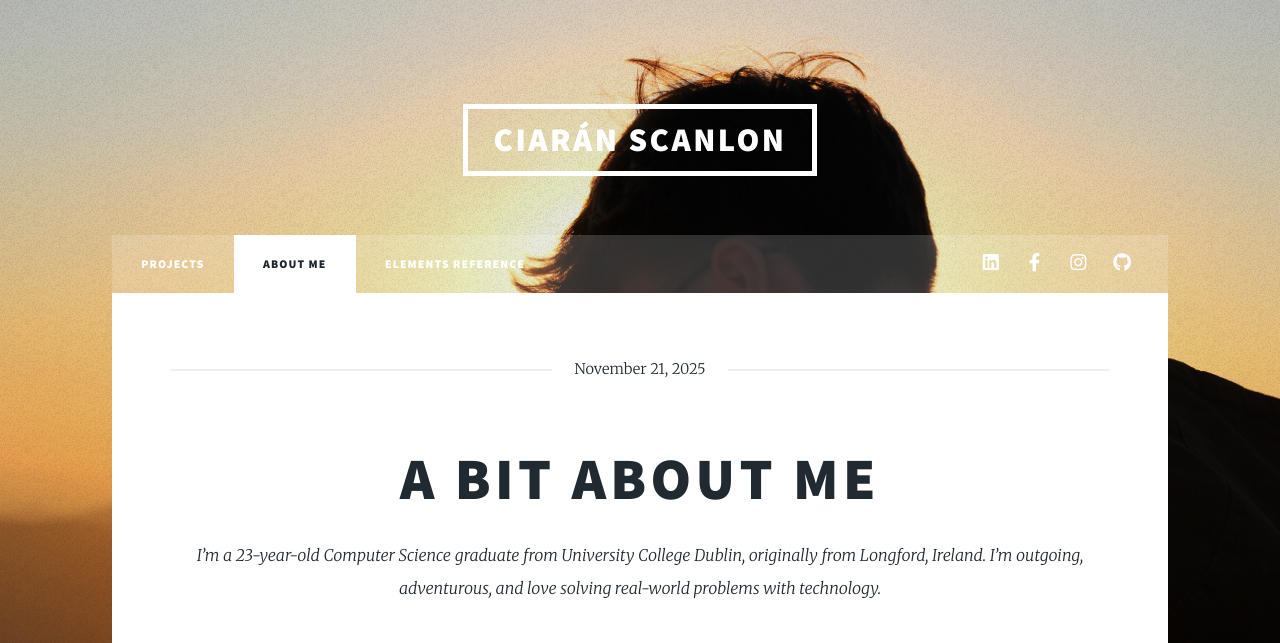
Repository: ciaranscan6/PersonalWebsite
Page: about-me.html
An editor plug-in stored every save of this project. The page is shown before and after the next save, followed by the edit.
The browser window is 1280 px wide. The pictures show the part of the page from y = 0 to 643 px (the page is 4694 px tall).
A picture or video elsewhere on the page could not be fetched, so the positions and the page height are approximate.

Above is the page before, as saved 2025-11-22 04:17:39.

### about-me.html
<!DOCTYPE HTML>
<!--
	Massively by HTML5 UP
	html5up.net | @ajlkn
	Free for personal and commercial use under the CCA 3.0 license (html5up.net/license)
-->
<html>
	<head>
		<title>About Me</title>
		<meta charset="utf-8" />
		<meta name="viewport" content="width=device-width, initial-scale=1, user-scalable=no" />
		<link rel="stylesheet" href="assets/css/main.css" />
		<noscript><link rel="stylesheet" href="assets/css/noscript.css" /></noscript>

	</head>
	<body class="is-preload">

		<!-- Wrapper -->
			<div id="wrapper">

				<!-- Header -->
					<header id="header">
						<a href="index.html" class="logo">Ciarán Scanlon</a>
					</header>

				<!-- Nav -->
					<nav id="nav">
						<ul class="links">
							<li><a href="index.html">Projects</a></li>
							<li class="active"><a href="about-me.html">About Me</a></li>
							<li><a href="elements.html">Elements Reference</a></li>
						</ul>
						<ul class="icons">
							<li><a href="#" class="icon brands fa-linkedin"><span class="label">LinkedIn</span></a></li>
							<li><a href="#" class="icon brands fa-facebook-f"><span class="label">Facebook</span></a></li>
							<li><a href="#" class="icon brands fa-instagram"><span class="label">Instagram</span></a></li>
							<li><a href="#" class="icon brands fa-github"><span class="label">GitHub</span></a></li>
						</ul>
					</nav>

				<!-- Main -->
					<div id="main">

						<!-- Post -->
							<article class="post featured">
								<header class="major">
									<span class="date">November 21, 2025</span>
									<h1>A Bit About Me</h1>
									<p>
										I’m a 23-year-old Computer Science graduate from University College Dublin, originally from Longford, Ireland.
										I’m outgoing, adventurous, and love solving real-world problems with technology.
									</p>
								</header>

								<!-- Main portrait / banner image -->
								<div class="image main">
									<img src="images\IMG_2796.JPG" alt="Photo of Ciarán Scanlon" />
								</div>

								<!-- About Me Content -->
								<p>
									I studied Computer Science at <strong>University College Dublin (UCD)</strong>, where I developed a strong foundation in
									software development, problem solving, and working with others on challenging projects. I’m particularly interested in
									<strong>cybersecurity</strong>, <strong>sustainability</strong>, and building software that can make a meaningful difference
									to people and the planet.
								</p>

								<p>
									I enjoy working on projects where I can learn quickly, think creatively, and collaborate with others. Whether it’s
									designing secure systems, improving user experiences, or experimenting with new technologies, I’m always looking for
									opportunities to grow and contribute.
								</p>

							</article>

								<!-- CV Button -->
							<section>
									<h2 class="centered">Curriculum Vitae</h2>
									<p class="centered">
										If you’d like to see more detail about my experience, skills, and projects, you can view my CV below:
									</p>

									<div class="pdf-preview">
										<iframe src="files/Ciarán_Scanlon_CV.pdf#toolbar=0&navpanes=0&scrollbar=0"></iframe>
									</div>

									<ul class="actions special">
										<li>
											<a href="files\Ciarán_Scanlon_CV.pdf" target="_blank" class="button large">
												View My CV
											</a>
										</li>
									</ul>
							</section>

								<!-- Hobbies: Four mini slideshows -->
							<h2 class="centered">Active Hobbies</h2>
							<section class="posts">
									<article>
										<header>
											<h2><a href="#">Gaelic Football</a></h2>
										</header>

										<a href="#" class="image fit">
											<img id="hobby-rotator-gaelic" src="images/hobbies/gaelic1.png" alt="Gaelic football" />
										</a>

										<p>
											Gaelic football keeps me fit, sharp, and focused on teamwork. It teaches discipline and resilience I apply to real-world problem solving.
										</p>
									</article>


									<article>
										<header>
											<h2><a href="#">Hiking</a></h2>
										</header>

										<a href="#" class="image fit">
											<img id="hobby-rotator-hiking" src="images/hobbies/hiking1.jpg" alt="Hiking" />
										</a>

										<p>
											I love exploring nature and finding new trails. Hiking helps me reset mentally and return to challenges with a fresh perspective.
										</p>
									</article>



									<article>
										<header>
											<h2><a href="#">Surfing</a></h2>
										</header>

										<a href="#" class="image fit">
											<img id="hobby-rotator-surfing" src="images/hobbies/surf1.jpg" alt="Surfing" />
										</a>

										<p>
											Surfing challenges my balance, focus, and patience. It’s constant improvement — a lot like software development.
										</p>
									</article>



									<article>
										<header>
											<h2><a href="#">Snowboarding</a></h2>
										</header>

										<a href="#" class="image fit">
											<img id="hobby-rotator-snow" src="images/hobbies/snow1.jpg" alt="Snowboarding" />
										</a>

										<p>
											Snowboarding is fast, technical, and thrilling — perfect for pushing myself outside my comfort zone.
										</p>
									</article>



							</section>




					</div>

				<!-- Footer -->
					<footer id="footer">
						<section>
							<form method="post" action="https://formspree.io/f/xwpzvnny">
								<div class="fields">
									<div class="field">
										<label for="name">Name</label>
										<input type="text" name="name" id="name" required />
									</div>
									<div class="field">
										<label for="email">Email</label>
										<input type="email" name="email" id="email" required />
									</div>
									<div class="field">
										<label for="message">Message</label>
										<textarea name="message" id="message" rows="3" required></textarea>
									</div>
								</div>

								<input type="hidden" name="_subject" value="New Message From Portfolio Site">

								<ul class="actions">
									<li><input type="submit" value="Send Message" /></li>
								</ul>
							</form>
						</section>

						<section class="split contact">
							<section class="alt">
								<h3>Address</h3>
								<p>Chateau on the Ridge, Big White Ski Resort<br />
								Kelowna, BC Canada</p>
							</section>
							<section>
								<h3>Phone</h3>
								<p><a href="#">(672) 383-1005</a></p>
							</section>
							<section>
								<h3>Email</h3>
								<p><a href="#">cpt.scanlon@gmail.com</a></p>
							</section>
							<section>
								<h3>Social</h3>
								<ul class="icons alt">
									<li><a href="#" class="icon brands alt fa-linkedin"><span class="label">LinkedIn</span></a></li>
									<li><a href="#" class="icon brands alt fa-instagram"><span class="label">Instagram</span></a></li>
									<li><a href="#" class="icon brands alt fa-github"><span class="label">GitHub</span></a></li>
								</ul>
							</section>
						</section>
					</footer>

				<!-- Copyright -->
					<div id="copyright">
						<ul><li>&copy; Untitled</li><li>Design: <a href="https://html5up.net">HTML5 UP</a></li></ul>
					</div>

			</div>

		<!-- Scripts -->
			<script src="assets/js/jquery.min.js"></script>
			<script src="assets/js/jquery.scrollex.min.js"></script>
			<script src="assets/js/jquery.scrolly.min.js"></script>
			<script src="assets/js/browser.min.js"></script>
			<script src="assets/js/breakpoints.min.js"></script>
			<script src="assets/js/util.js"></script>
			<script src="assets/js/main.js"></script>

			<!-- JS: mini-slideshows for each hobby -->
			<script>
				document.addEventListener('DOMContentLoaded', function () {

					const rotators = [
						{
							id: 'hobby-rotator-gaelic',
							images: ['images/hobbies/gaelic1.png', 'images/hobbies/gaelic2.jpg']
						},
						{
							id: 'hobby-rotator-hiking',
							images: ['images/hobbies/hiking1.jpg', 'images/hobbies/hiking2.jpg', 'images/hobbies/hiking3.jpg']
						},
						{
							id: 'hobby-rotator-surfing',
							images: ['images/hobbies/surf1.jpg', 'images/hobbies/surf2.jpg']
						},
						{
							id: 'hobby-rotator-snow',
							images: ['images/hobbies/snow1.jpg', 'images/hobbies/snow2.jpg']
						}
					];

					rotators.forEach(rot => {
						const el = document.getElementById(rot.id);
						if (!el) return;

						let current = 0;

						function rotate() {
							el.classList.add('fade-out');

							setTimeout(() => {
								current = (current + 1) % rot.images.length;
								el.src = rot.images[current];
								el.classList.remove('fade-out');
							}, 400);
						}

						setInterval(rotate, 5000);
					});
				});
			</script>






	</body>
</html>

Loaded but not shown: assets/js/jquery.min.js (library); assets/js/jquery.scrollex.min.js (common file); assets/js/jquery.scrolly.min.js (common file); assets/js/browser.min.js (common file); assets/js/breakpoints.min.js (common file); assets/css/fontawesome-all.min.css (library); assets/js/util.js (587 lines, source omitted); assets/js/main.js (258 lines, source omitted); assets/css/main.css (4724 lines, source omitted)

After the next save:
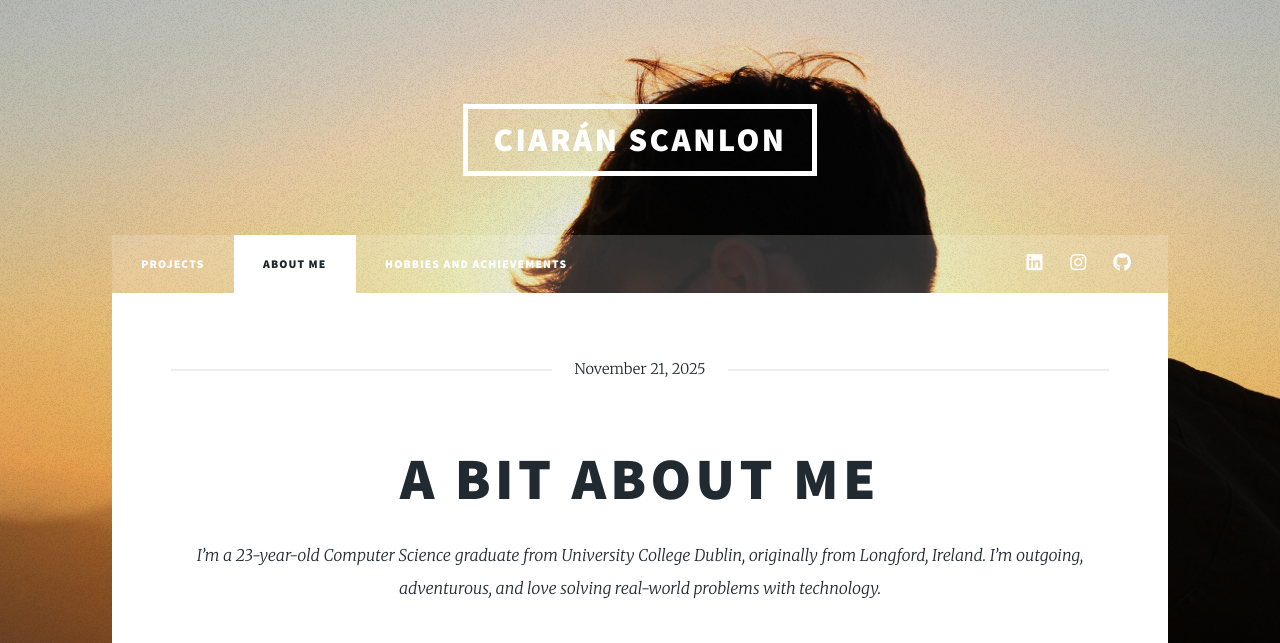
Saved 52 s later.
--- a/about-me.html
+++ b/about-me.html
@@ -28,11 +28,10 @@
 						<ul class="links">
 							<li><a href="index.html">Projects</a></li>
 							<li class="active"><a href="about-me.html">About Me</a></li>
-							<li><a href="elements.html">Elements Reference</a></li>
+							<li><a href="hobbies-and-ach.html">Hobbies and Achievements</a></li>
 						</ul>
 						<ul class="icons">
 							<li><a href="#" class="icon brands fa-linkedin"><span class="label">LinkedIn</span></a></li>
-							<li><a href="#" class="icon brands fa-facebook-f"><span class="label">Facebook</span></a></li>
 							<li><a href="#" class="icon brands fa-instagram"><span class="label">Instagram</span></a></li>
 							<li><a href="#" class="icon brands fa-github"><span class="label">GitHub</span></a></li>
 						</ul>
